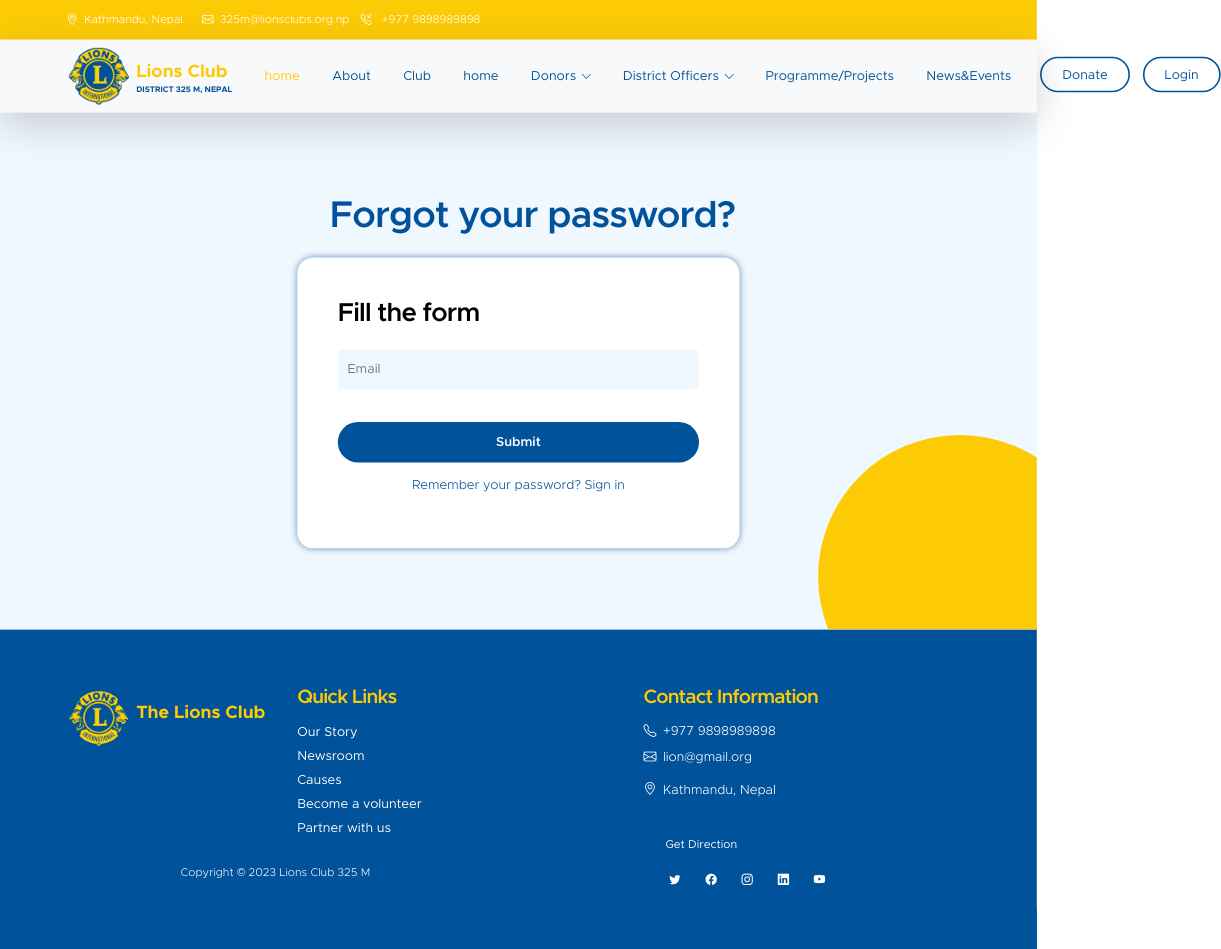
Repository: sandhya8109/Lions
Page: http://localhost/forget.php
The author's editor kept a copy of each file at every save. The page is drawn from the files as they stood at one save, then again after the next save.
The browser window is 1280 px wide. The page is 1507 px wide, then 1463 px, so the pictures cover 1507 px, including what lies to the right of the window. The pictures show the whole page, at 81% of full size.
The page is run by PHP 8.4 with error messages shown; the project is at /var/www/html/.

Above is the page before, as saved 2023-06-18 14:08:46.
Console error: TypeError: Cannot read properties of undefined (reading 'top')

After the next save:
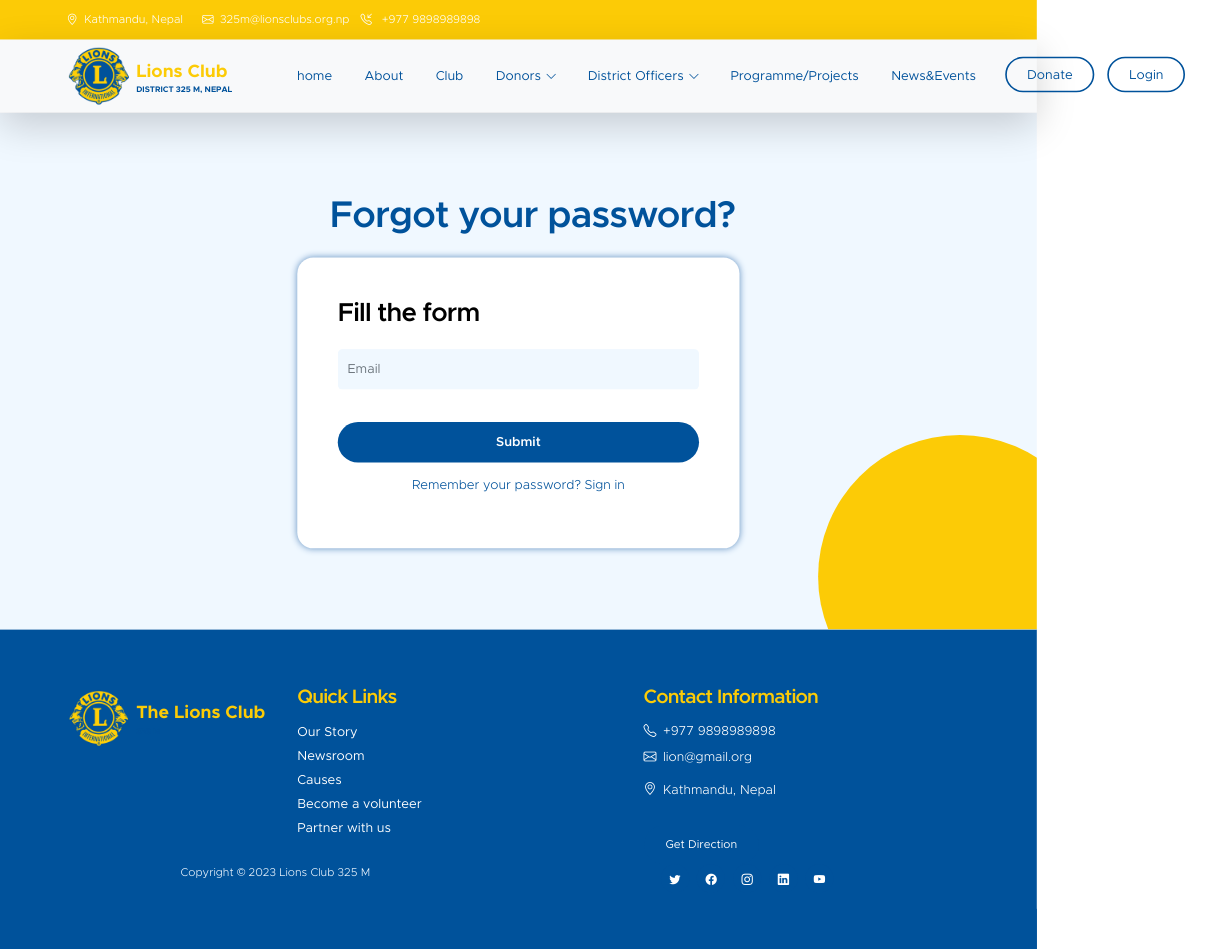
Saved 23 s later.
--- a/nav.php
+++ b/nav.php
@@ -64,6 +64,9 @@
                 <ul class="navbar-nav ms-auto">
 
                     <li class="nav-item">
+                        <a class="nav-link click-scroll" href="./index.php"></a>
+                    </li>
+                    <li class="nav-item">
                         <a class="nav-link click-scroll" href="./index.php">home</a>
                     </li>
                     <li class="nav-item">
@@ -73,9 +76,7 @@
                     <li class="nav-item">
                         <a class="nav-link click-scroll" href="./club.php">Club</a>
                     </li>
-                    <li class="nav-item">
-                        <a class="nav-link click-scroll" href="./index.php">home</a>
-                    </li>
+
                     <li class="nav-item dropdown">
                         <a class="nav-link click-scroll dropdown-toggle" href="./donate.php"
                             id="navbarLightDropdownMenuLink" role="button" data-bs-toggle="dropdown"
